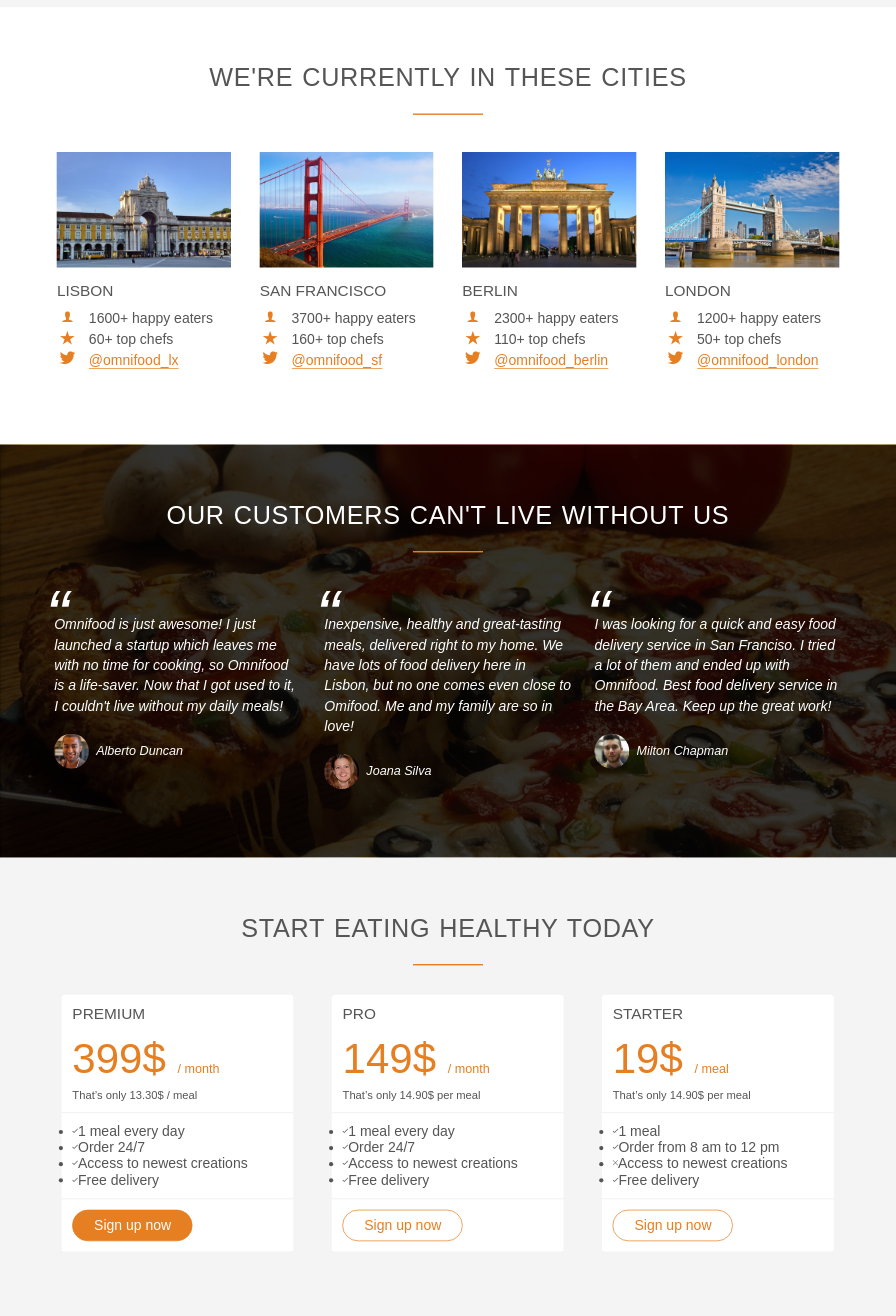
Repository: pboi18/E-Foods
Page: index.html
These files come from the project's save history. The page is drawn as it stood at one moment and after the next save; the edit follows.
The browser window is 1280 px wide. The pictures show the part of the page from y = 2653 to 4573 px (the page is 4533 px tall before and 4573 px after), at 70% of full size.
Backgrounds fixed to the window are drawn as part of the page.

Above is the page before, as saved 2020-07-13 18:46:43.

After the next save:
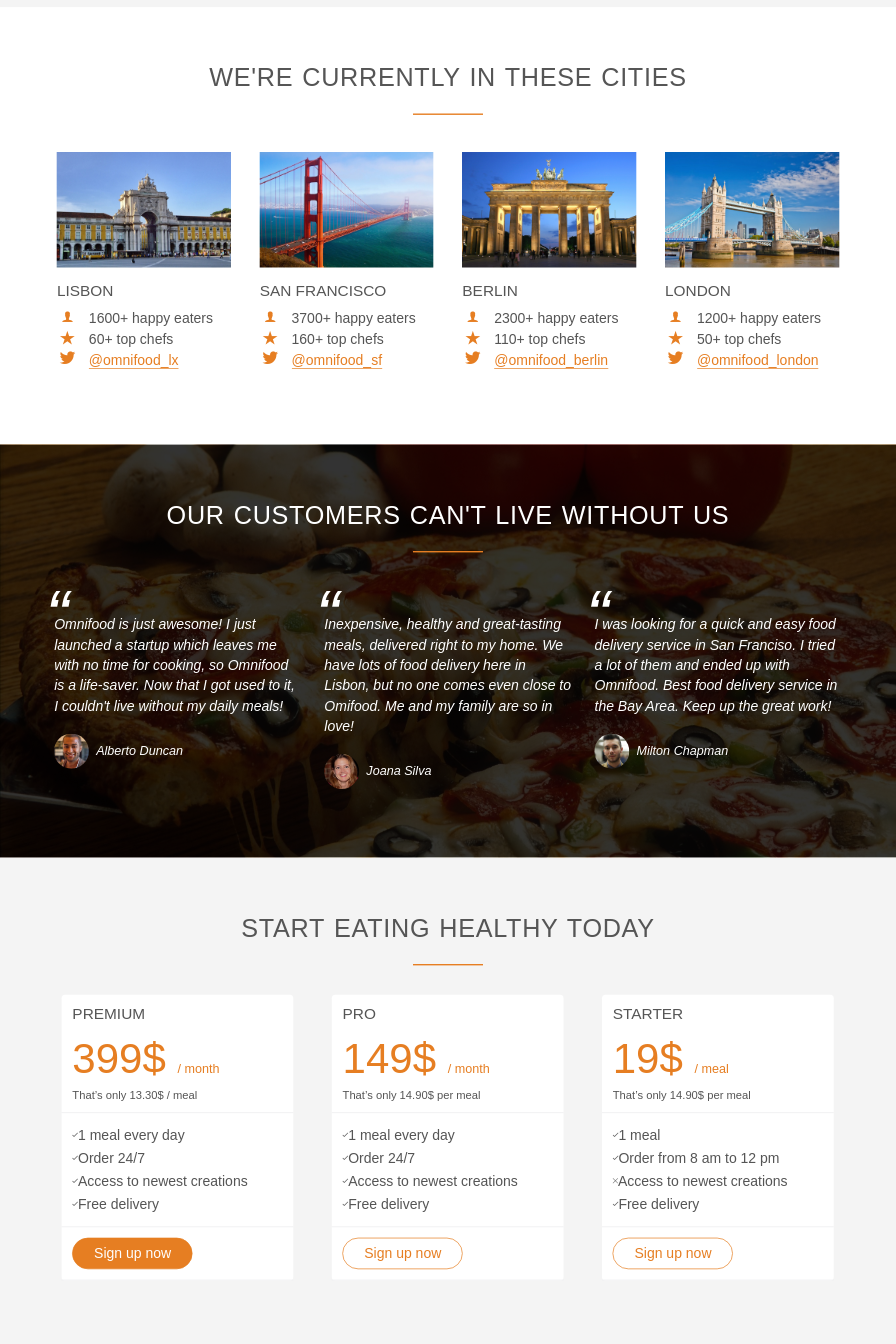
Saved 3 h 18 min later.
--- a/resources/css/style.css
+++ b/resources/css/style.css
@@ -451,3 +451,11 @@ cite img {
 .plan-price-meal {
     font-size: 80%;
 }
+
+.plan-box ul {
+    list-style: none;
+}
+
+.plan-box ul li {
+    padding: 5px 0;
+}
